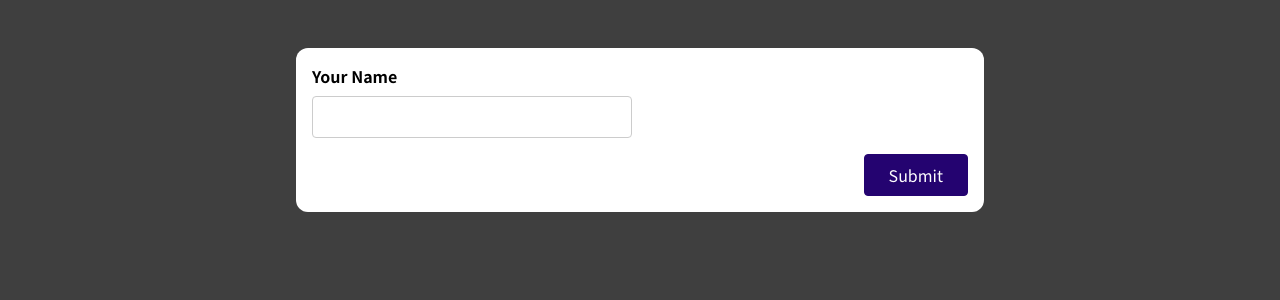
Repository: NamalPathirana/WorkingWithForms
Page: /
An editor plug-in stored every save of this project. The page is shown before and after the next save, followed by the edit.
The browser window is 1280 px wide. The pictures show the whole page.
The project was rebuilt for these pictures with package versions that can differ from the ones it lists, and the page was loaded fresh each time.

Above is the page before, as saved 2022-03-29 18:15:03.

After the next save:
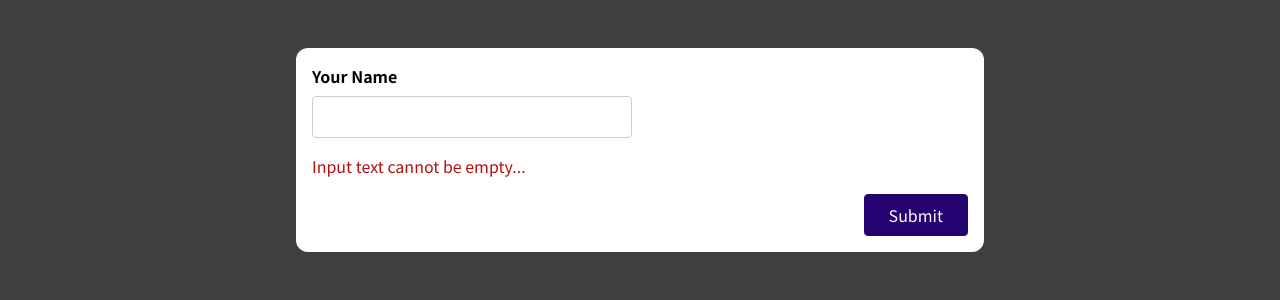
Saved 56 s later.
--- a/src/components/SimpleInput.js
+++ b/src/components/SimpleInput.js
@@ -25,6 +25,7 @@ const SimpleInput = (props) => {
       <div className="form-control">
         <label htmlFor="name">Your Name</label>
         <input ref={nameInputRef} type="text" id="name" onChange={nameInputChangeHandler} />
+        <p className="error-text">Input text cannot be empty...</p>
       </div>
       <div className="form-actions">
         <button>Submit</button>
